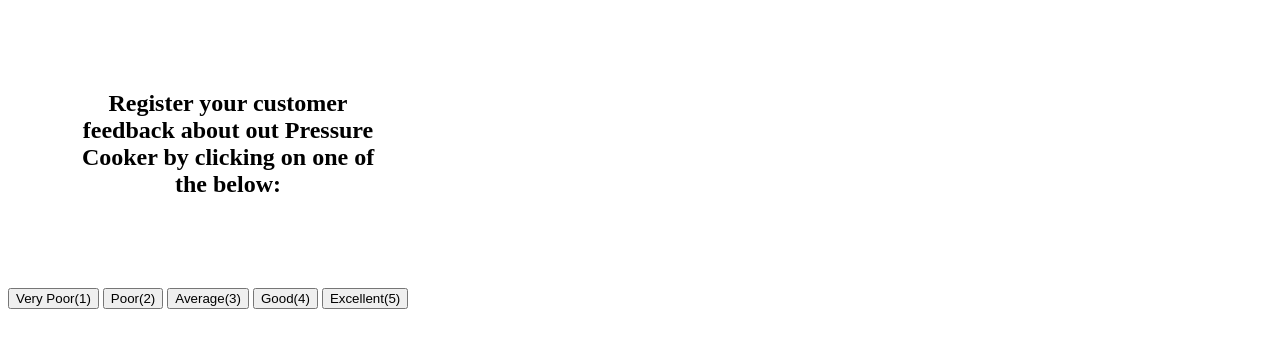
Repository: isaurabhkr/Spring-JavaCourse-101
Page: Spring/WP/GoodsteamProject/WebContent/input.html
An editor plug-in stored every save of this project. The page is shown before and after a run of saves, followed by the edit.
The browser window is 1280 px wide. The pictures show the whole page.

Above is the page before, as saved 2019-08-06 07:39:00.

### Spring/WP/GoodsteamProject/WebContent/input.html
<!DOCTYPE html>
<html>
<head>
<style>
div {
  width: 300px;
  border: 10px grey;
  padding: 50px;
  margin: 20px;
}
</style>
<meta charset="ISO-8859-1">
<title>Please Register Feedback</title>
</head>
<body>
<div>
<h2 align ="center"> Register your customer feedback about out Pressure Cooker by clicking on one of the below:</h2>
</div>
<form action="handlein" method="post">
<input type=submit name = "in1" value="Very Poor(1)">
<input type=submit name ="in1" value="Poor(2)">
<input type=submit name ="in1" value="Average(3)">
<input type=submit name="in1" value="Good(4)">
<input type=submit name ="in1" value="Excellent(5)">
</form>
</body>
</html>

After the next 2 saves:
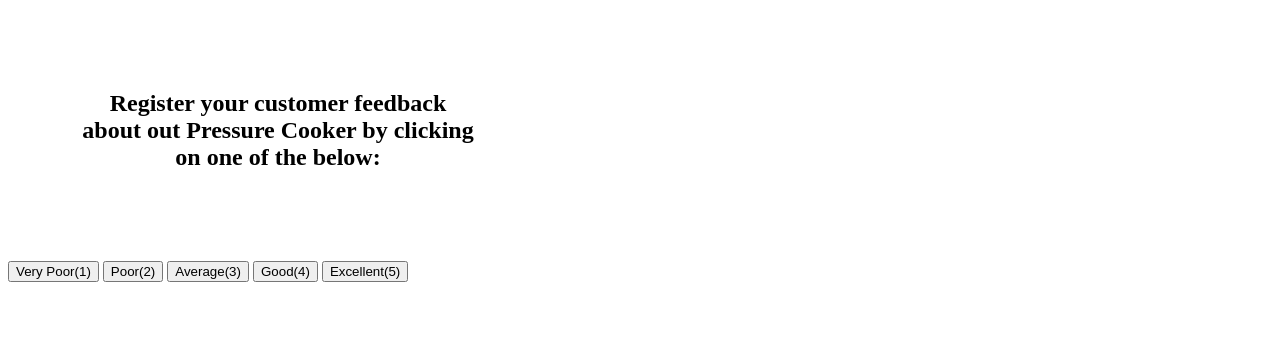
The 2 saves are shown as one change because they came seconds apart.
The last was saved 23 s later.
--- a/Spring/WP/GoodsteamProject/WebContent/input.html
+++ b/Spring/WP/GoodsteamProject/WebContent/input.html
@@ -3,8 +3,8 @@
 <head>
 <style>
 div {
-  width: 300px;
-  border: 10px grey;
+  width: 400px;
+  border: 10px black;
   padding: 50px;
   margin: 20px;
 }
